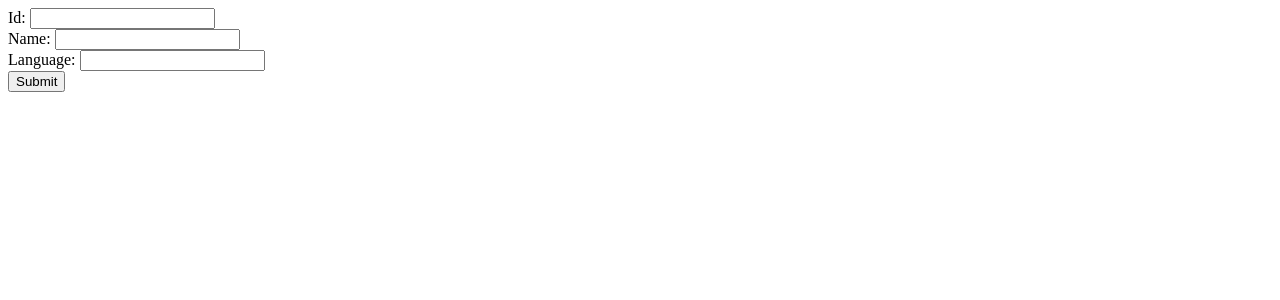
Repository: nomi474/springbootwithRestApi
Page: http://localhost/bootjpa/home.jsp
These files come from the project's save history. The page is drawn as it stood at one moment and after the next save; the edit follows.
The browser window is 1280 px wide. The pictures show the whole page.
The page is served by Tomcat 9. Other server files are loaded and not shown.

Above is the page before, as saved 2020-08-13 14:40:17.

### bootjpa/src/main/webapp/home.jsp
<%@ page language="java" contentType="text/html; charset=ISO-8859-1"
    pageEncoding="ISO-8859-1"%>
<!DOCTYPE html>
<html>
<head>
<meta charset="ISO-8859-1">
<title>Insert title here</title>
</head>
<body>
	<form action="addAlien">
	Id:
	<input type="text" name="aid"><br>
	Name:
	<input type="text" name="aname"><br>
	Language:
	<input type="text" name="tech"><br>
	<input type="submit"><br>
	</form>
</body>
</html>

After the next save:
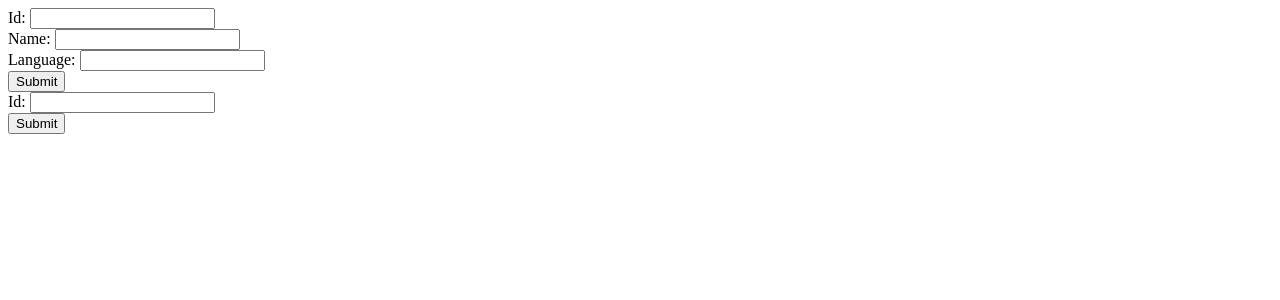
Saved 29 s later.
--- a/bootjpa/src/main/webapp/home.jsp
+++ b/bootjpa/src/main/webapp/home.jsp
@@ -16,5 +16,11 @@
 	<input type="text" name="tech"><br>
 	<input type="submit"><br>
 	</form>
+
+		<form action="getAlien">
+	Id:
+	<input type="text" name="aid"><br>
+	<input type="submit"><br>
+	</form>
 </body>
 </html>
